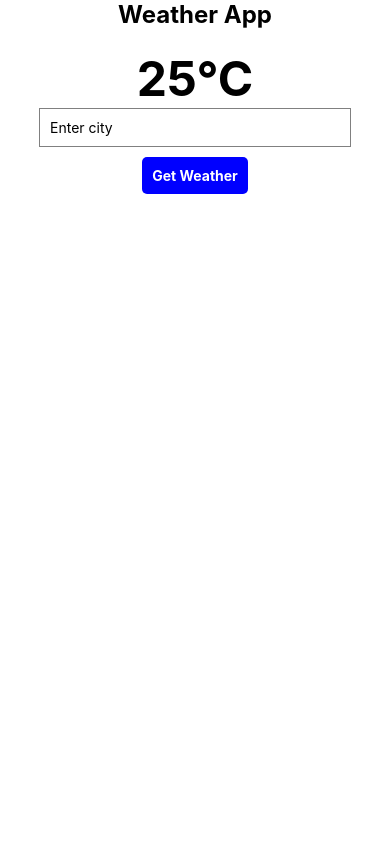
Repository: vanh1604/ExerciseReactNative
Screen: /
The author's editor kept a copy of each file at every save. The screen is drawn from the files as they stood at one save, then again after a run of saves.
The app was drawn by React Native's web renderer in a window 390 px wide. The project was rebuilt for these pictures with package versions that can differ from the ones it lists, and the page was loaded fresh each time. Also part of the build but not shown: components/Caption.js.

Above is the screen before, as saved 2023-08-27 15:28:52.

After the next 2 saves:
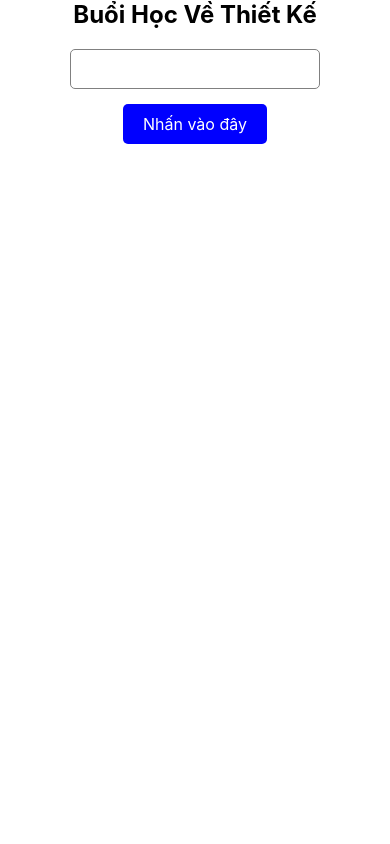
The 2 saves are shown as one change because they came seconds apart.
The last was saved 12 days later.
--- a/App.js
+++ b/App.js
@@ -6,9 +6,9 @@ import WeatherApp from "./components/WeatherApp";
 export default function App() {
   return (
     <SafeAreaView>
-      {/* <LessonDesign /> */}
+      <LessonDesign />
 
-      <WeatherApp />
+      {/* <WeatherApp /> */}
     </SafeAreaView>
   );
 }
